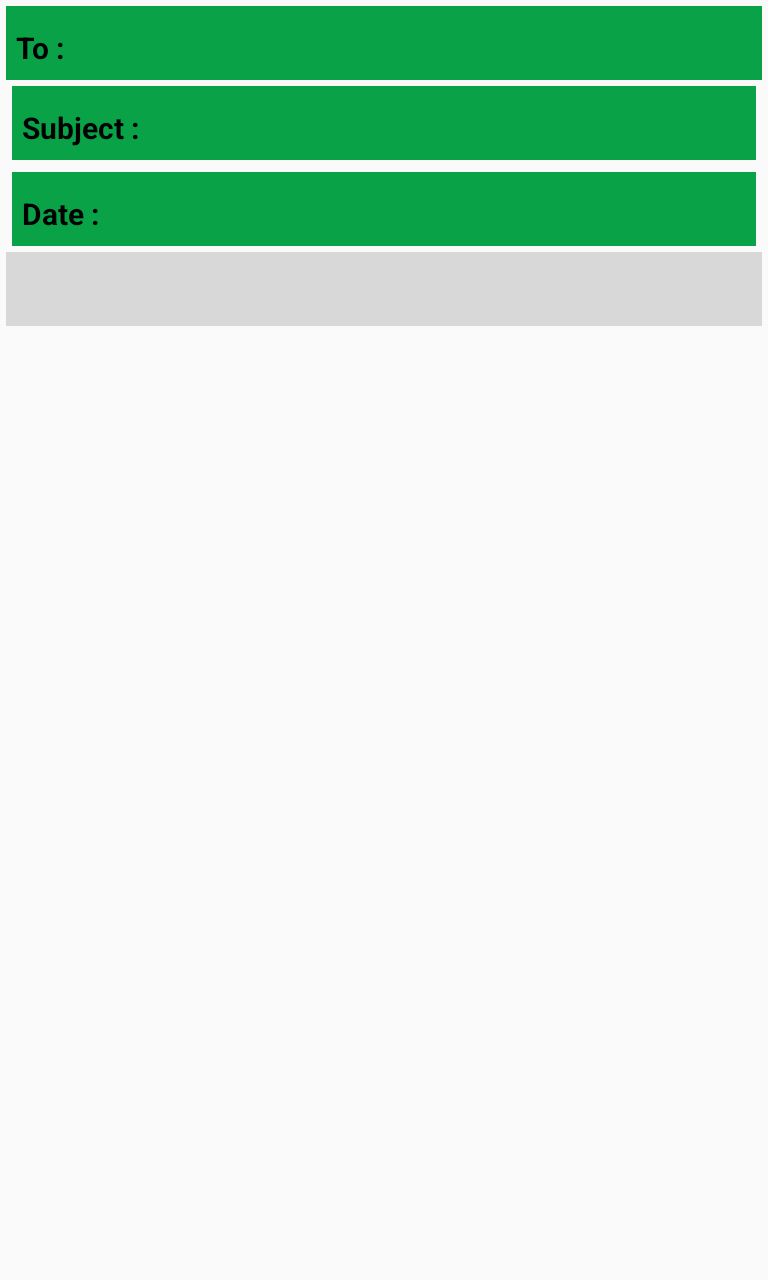
Repository: iguardian2015/iguardian-litchi
Layout: iguardian/res/layout/custom_outbox_view.xml
These files come from the project's save history. The layout is drawn as it stood at one moment and after the next save; the edit follows.
It is drawn on a 768 x 1280 px phone screen (xhdpi) without system bars, with theme AppTheme; the app's code is not run.

Above is the layout before, as saved 2015-01-14 16:56:06.

After the next save:
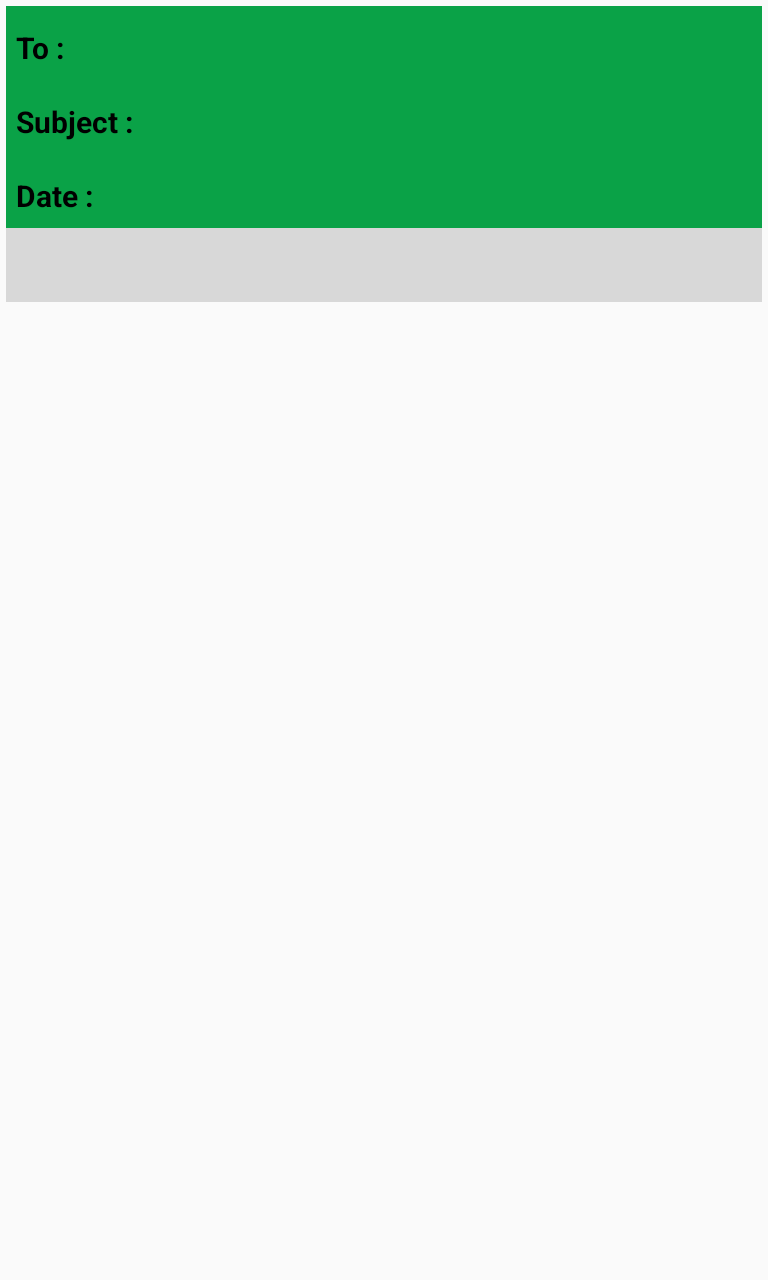
Saved 22 s later.
--- a/iguardian/res/layout/custom_outbox_view.xml
+++ b/iguardian/res/layout/custom_outbox_view.xml
@@ -37,7 +37,7 @@
     <LinearLayout
         android:layout_width="match_parent"
         android:layout_height="wrap_content"
-        android:layout_margin="3dp"
+
         android:background="#0AA247"
         android:orientation="horizontal" >
 
@@ -66,7 +66,7 @@
     <LinearLayout
         android:layout_width="match_parent"
         android:layout_height="wrap_content"
-        android:layout_margin="3dp"
+
         android:background="#0AA247"
         android:orientation="horizontal" >
 
